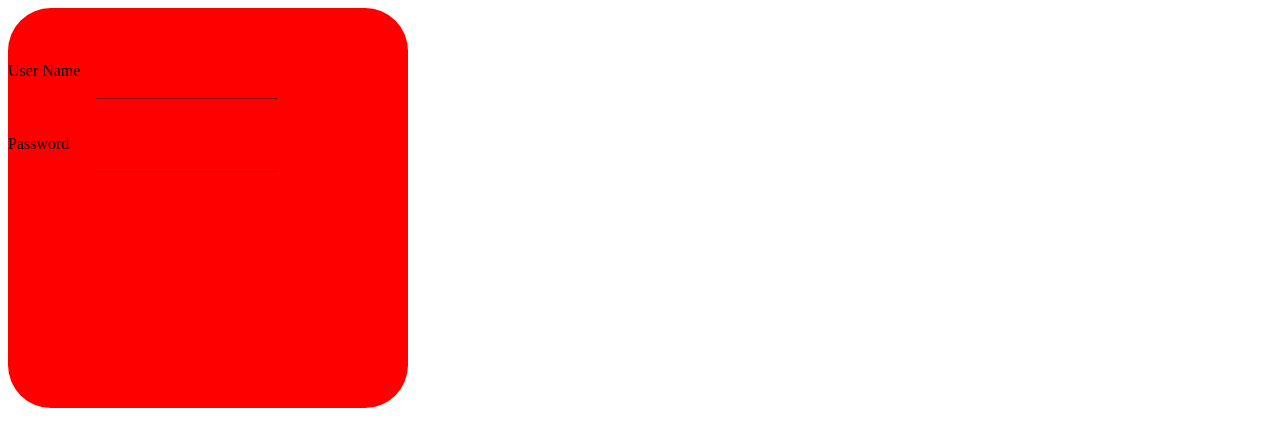
Repository: rkrukshan/Glass_Login_CSS
Page: loginform.html
An editor plug-in stored every save of this project. The page is shown before and after the next save, followed by the edit.
The browser window is 1280 px wide. The pictures show the whole page.

Above is the page before, as saved 2023-10-02 22:53:09.

### loginform.html
<!DOCTYPE html>
<html lang="en">

<head>
    <style>
        form
        {
            background-color: rgb(255, 0, 0);
            width: 25rem;
            height: 25rem;
            /* opacity: .1; */
            border-radius: 43px;
        }
        input
        {
            opacity: .5;
            border-left: 0;
            border-right: 0;
            border-top: 0;
            border-bottom: 1px solid black;
            margin-left: 5.5rem;
            background-color:transparent;
        }
        label
        {
            color:black;
        }
    </style>
    <meta charset="UTF-8">
    <meta name="viewport" content="width=device-width, initial-scale=1.0">
    <title>Document</title>
</head>

<body>
    <form action="">
        <br><br><br>
        <label class="" for="">User Name</label><br>
        <input type="text" name="" id=""><br><br><br>
        <label class="" for="">Password</label><br>
        <input type="password" name="" id="">
    </form>
</body>

</html>

After the next save:
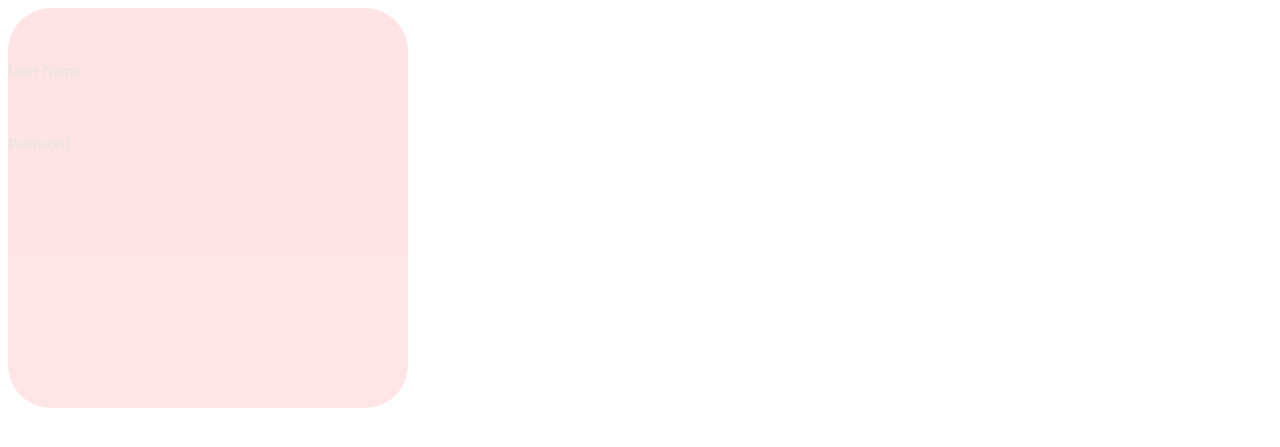
Saved 21 s later.
--- a/loginform.html
+++ b/loginform.html
@@ -8,7 +8,7 @@
             background-color: rgb(255, 0, 0);
             width: 25rem;
             height: 25rem;
-            /* opacity: .1; */
+            opacity: .1;
             border-radius: 43px;
         }
         input
